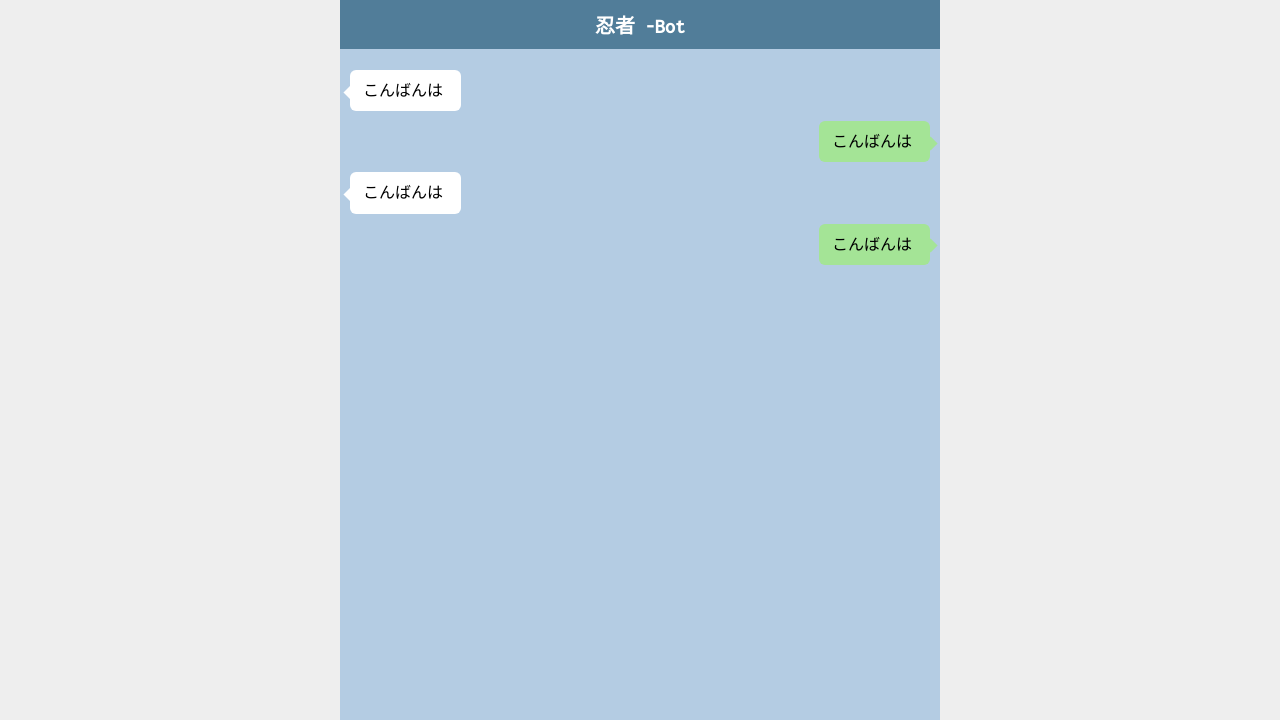
Repository: t0chan/bot
Page: index.html
The author's editor kept a copy of each file at every save. The page is drawn from the files as they stood at one save, then again after the next save.
The browser window is 1280 px wide. The pictures show the whole page.

Above is the page before, as saved 2021-11-01 19:39:38.

After the next save:
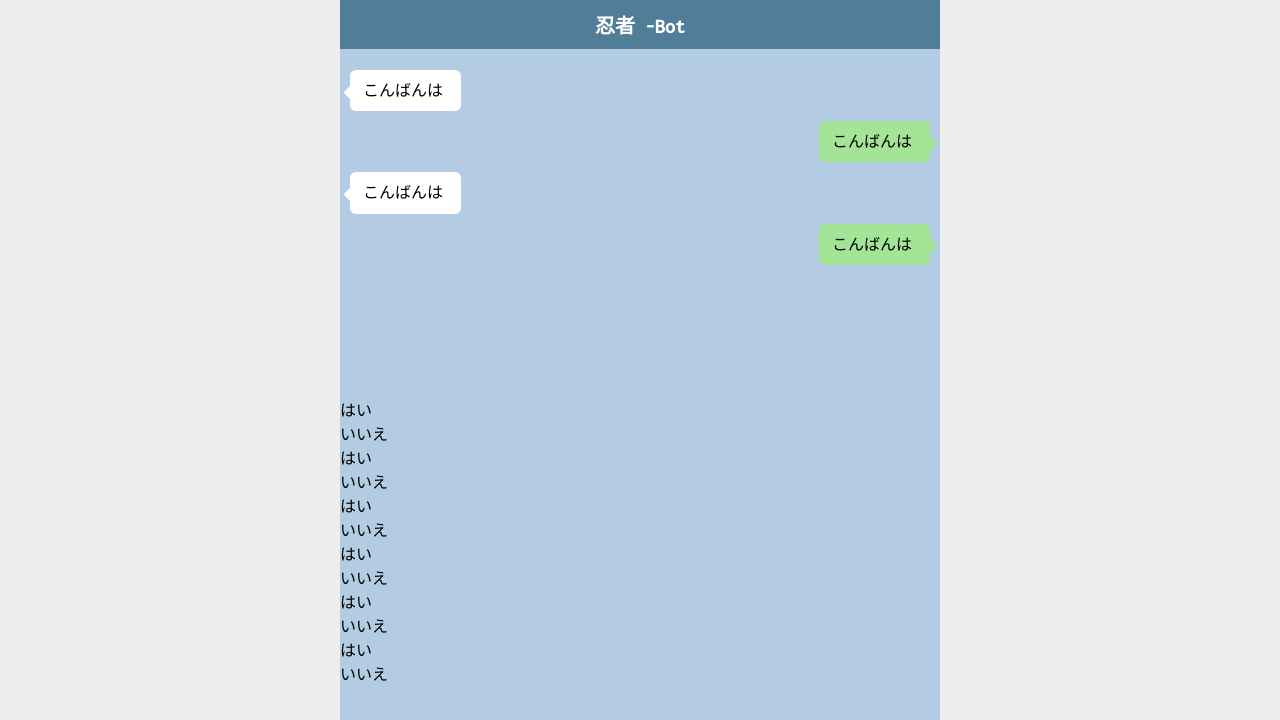
Saved 12 min 25 s later.
--- a/style.css
+++ b/style.css
@@ -98,7 +98,7 @@ h1 {
     margin: 0 auto;
 }
 
-#select-list {
+/* #select-list {
     display: flex;
     width: max-content;
     transform: translateY(100%);
@@ -117,3 +117,4 @@ h1 {
 #select-list li:last-child {
     margin-right: 0;
 }
+ */
